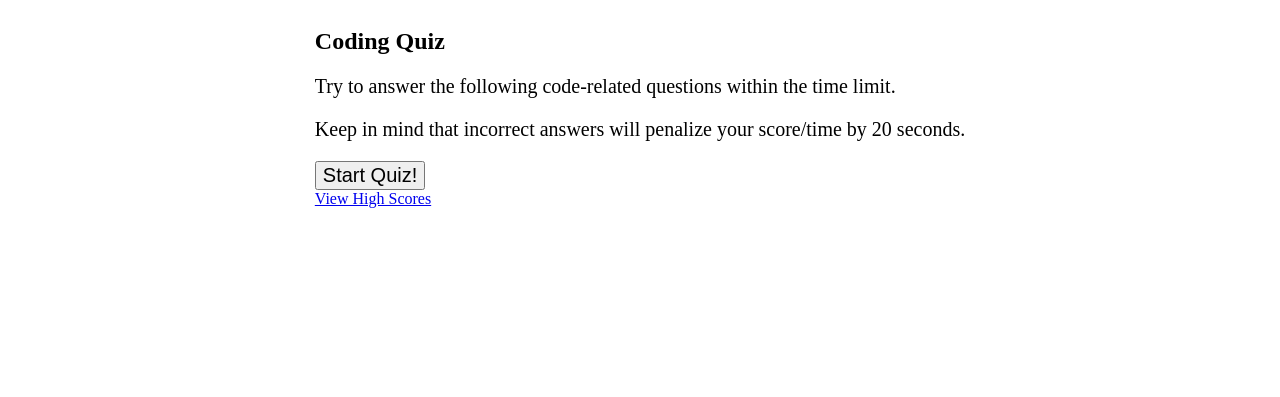
Repository: ziffoit/Code-Quiz
Page: index.html
These files come from the project's save history. The page is drawn as it stood at one moment and after the next save; the edit follows.
The browser window is 1280 px wide. The pictures show the whole page.

Above is the page before, as saved 2021-03-14 11:56:25.

### index.html
<!DOCTYPE html>
<html lang="en">
  <head>
    <meta charset="UTF-8" />
    <meta name="viewport" content="width=device-width, initial-scale=1.0" />
    <link rel="stylesheet" href="./Assets/style.css" />
    <title>Document</title>
  </head>
  <body>
    <header>
      <p class="timer"></p>
    </header>
    <!-- hide this section -->
    <section id="titlePage">
      <h1>Coding Quiz</h1>
      <p>
        Try to answer the following code-related questions within the time
        limit.
      </p>
      <p>
        Keep in mind that incorrect answers will penalize your score/time by 20
        seconds.
      </p>
      <button id="startQuiz">Start Quiz!</button>
      <div>
        <a href="./highScore.html">View High Scores</a>
      </div>
    </section>
    <section id="quizSection">
      <h1 id="quizQuestion"></h1>
      <div id="previousResult"></div>
    </section>
    <section id="endPage">
      <h1>Finish!</h1>
      <p>
        Your final score is:
        <span id="finalScore"></span>
      </p>
      <form id="initialsForm">
        <input type="text" id="initials" />
        <button type="submit">Submit</button>
      </form>
    </section>
    <script src="./Assets/script.js"></script>
  </body>
</html>

### Assets/style.css
p {
  font-size: 20px;
}

button {
  font-size: 20px;
}

body {
  display: flex;
  justify-content: center;
  align-items: center;
}

.hidden {
  display: none;
}

### Assets/script.js
var timerCount = 60
var previousResult = document.querySelector("#previousResult")
var startQuizBtn = document.querySelector("#startQuiz")
var titlePage = document.querySelector("#titlePage")
var quizQuestion = document.querySelector("#quizQuestion")
var quizSection = document.querySelector("#quizSection")
var timer;
var timerElement = document.querySelector(".timer")
var endPage = document.querySelector("#endPage")
var finalScore = document.querySelector("#finalScore")
var initials = document.querySelector("#initials")
var initialsForm = document.querySelector("#initialsForm")
var questionsArray = [
    {
        question:"Commonly used data types DO NOT include:",
        answer:["strings", "booleans", "alerts", "numbers"],
        correctAnswer:"alerts"
    },
    {
        question:"The condition within an if/else statement is enclosed within:",
        answer:["quotes", "curly brackets", "parentheses", "square brackets"],
        correctAnswer:"parentheses"
    },
    {
        question:"Arrays in JavaScript can be used to store:",
        answer:["numbers and strings", "other arrays", "booleans", "all of the above"],
        correctAnswer:"all of the above"
    },
]

var questionTracker = 0
endPage.setAttribute("class", "hidden")

//executed when start button is clicked
// local storage for keeping highscores
function startQuiz() {
    questionTracker = 0
    titlePage.setAttribute("class", "hidden")
    timer = setInterval(startTimer, 1000)
    timerElement.textContent = timerCount
    //hide titlePage section show question 1
    previousResult.textContent = ""
    timerElement.removeAttribute("class")
    quizSection.removeAttribute("class")
    renderQuestion()
}

function startTimer() {
    timerCount--
    timerElement.textContent = timerCount
    if (timerCount <= 0) {
        // Clears interval through renderEndPage
        renderEndPage()
    }
}

function renderQuestion() {
    if (questionTracker >= questionsArray.length){
        renderEndPage()
        return
    }
    var currentQuestion = questionsArray[questionTracker]
    quizQuestion.textContent = currentQuestion.question
    for (let i = 0; i < currentQuestion.answer.length; i++) {
        const answer = currentQuestion.answer[i];
        var button = document.createElement("button")
        button.textContent = answer
        button.className = "questionAnswer"
        quizSection.append(button)
        if (answer === currentQuestion.correctAnswer) {
            button.addEventListener("click", correctAnswer)
        } else {
            button.addEventListener("click", incorrectAnswer)
        }
        // when user clicks button for next question questionTracker++
    }
}

function removeButtons() {
    var buttons = document.getElementsByClassName("questionAnswer")
    while (buttons.length > 0) {
        buttons[0].remove()
    }
}

function loadNextQuestion() {
    questionTracker++
    removeButtons()
    renderQuestion()
}

function correctAnswer() {
    loadNextQuestion()
    previousResult.textContent = "Correct!"

}

//timer penalty for wrong answer
function incorrectAnswer() {
    timerCount = timerCount - 20
    timerElement.textContent = timerCount
    previousResult.textContent = "Incorrect!"
    loadNextQuestion()
}

// end of quiz
function renderEndPage() {
    var score = timerCount
    finalScore.textContent = score
    quizSection.setAttribute("class", "hidden")
    timerElement.setAttribute("class", "hidden")
    clearInterval(timer)
    endPage.removeAttribute("class")

}

function saveHighScores(event) {
    event.preventDefault()

    var scoreHistory = JSON.parse(localStorage.getItem("score")) || []
    var currentScore = {
        name: initials.value,
        score: finalScore.textContent
    }

    scoreHistory.push(currentScore)
    localStorage.setItem("score", JSON.stringify(scoreHistory))
    endPage.setAttribute("class", "hidden")
    titlePage.removeAttribute("class")
}

startQuizBtn.addEventListener("click", startQuiz)
initialsForm.addEventListener("submit", saveHighScores)

After the next save:
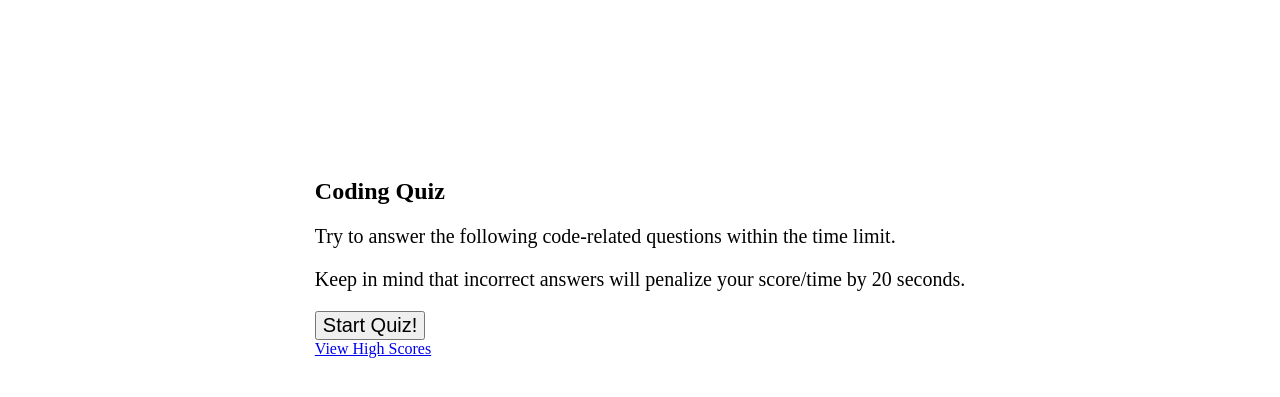
Saved 59 s later.
--- a/Assets/style.css
+++ b/Assets/style.css
@@ -10,6 +10,7 @@
   display: flex;
   justify-content: center;
   align-items: center;
+  height: 500px;
 }
 
 .hidden {

After the save that followed:
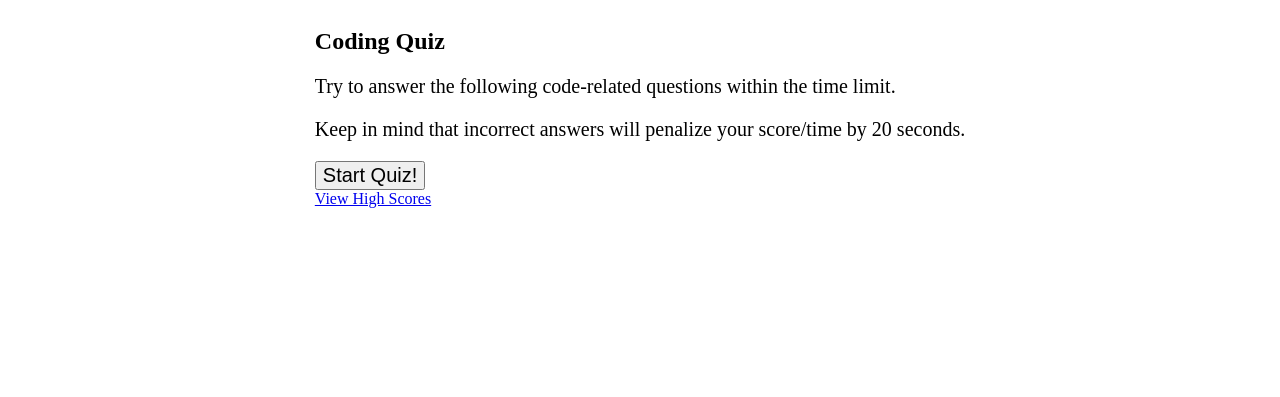
Saved 59 s later.
--- a/Assets/style.css
+++ b/Assets/style.css
@@ -10,7 +10,7 @@
   display: flex;
   justify-content: center;
   align-items: center;
-  height: 500px;
+  height: 50%;
 }
 
 .hidden {
